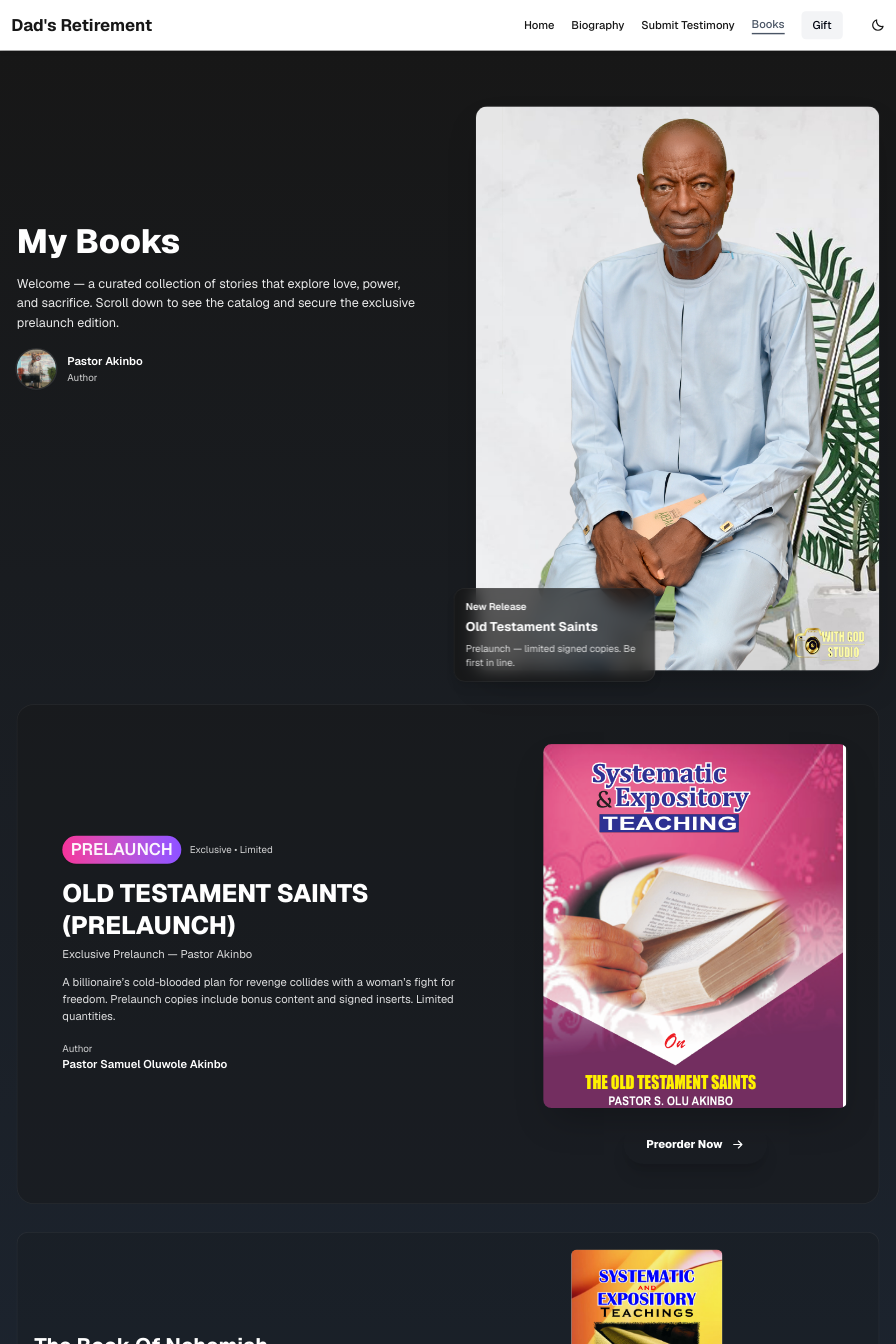
Repository: EmmyDunny1/pastor-oluwole-akinbo
Page: /Books
An editor plug-in stored every save of this project. The page is shown before and after the next save, followed by the edit.
The browser window is 1280 px wide. The pictures show the part of the page from y = 0 to 1920 px (the page is 2900 px tall), at 70% of full size.
The project was rebuilt for these pictures with package versions that can differ from the ones it lists, and the page was loaded fresh each time. The framework's server and built-in components were replaced by stand-ins that run in the browser. Also part of the build but not shown: next.config.ts, components/BooksCarousel.Module.css.

Above is the page before, as saved 2025-08-13 11:52:16.

After the next save:
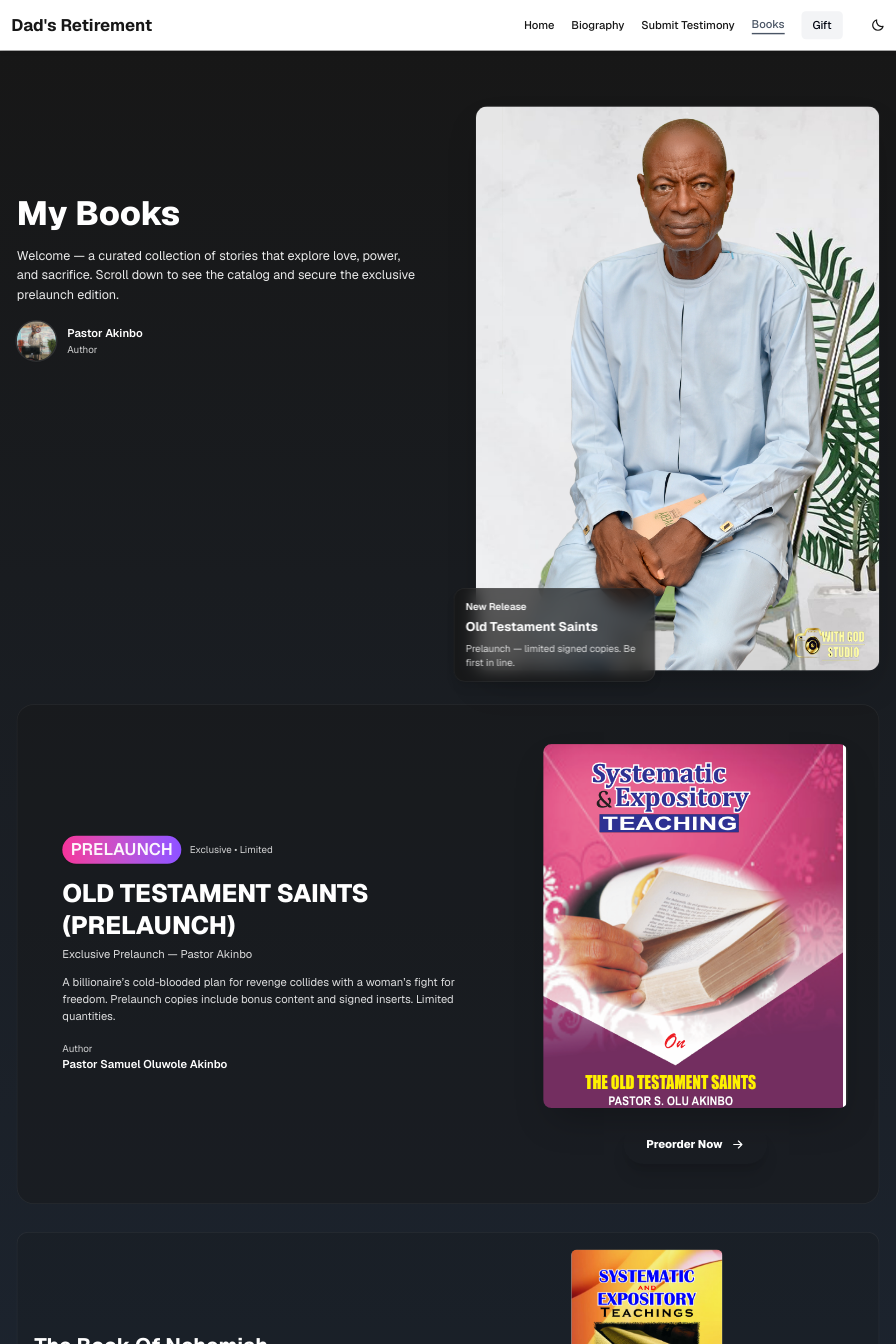
Saved 21 s later.
--- a/components/BooksCarousel.tsx
+++ b/components/BooksCarousel.tsx
@@ -104,7 +104,7 @@ export default function BooksPage(): React.ReactNode {
     <main className="min-h-screen bg-gradient-to-b from-[#171717] to-gray-800 text-white">
       <div className="max-w-7xl mx-auto px-6 py-20">
         <section className="grid grid-cols-1 lg:grid-cols-2 gap-8 items-center mb-12">
-          <div className="lg:mb-[15rem] relative z-10">
+          <div className="lg:mb-[20rem] relative z-10">
             <h1 className="text-4xl md:text-5xl font-extrabold leading-tight mb-4">
               My Books
             </h1>
